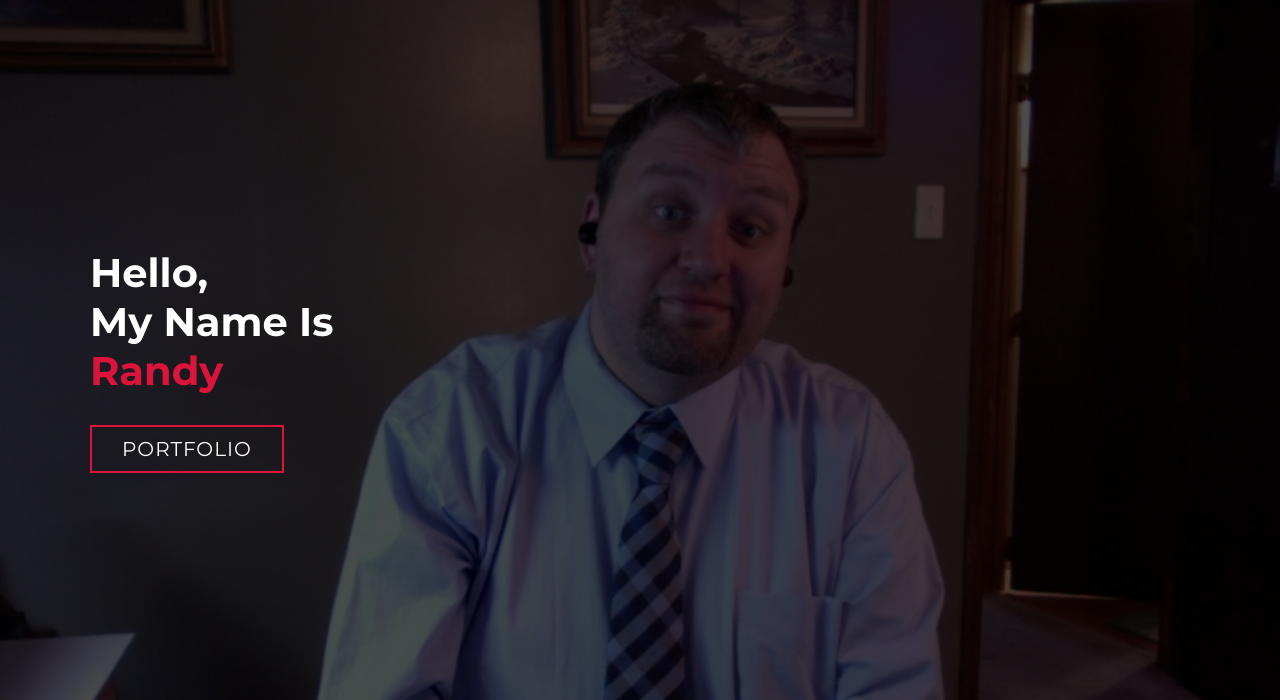
Repository: randysteele/my-portfolio-2023
Page: index.html
The author's editor kept a copy of each file at every save. The page is drawn from the files as they stood at one save, then again after the next save.
The browser window is 1280 px wide. The pictures show the part of the page from y = 0 to 700 px (the page is 11582 px tall before and 14015 px after).
A picture or video elsewhere on the page could not be fetched, so the positions and the page height are approximate.

Above is the page before, as saved 2023-04-23 19:38:59.

After the next save:
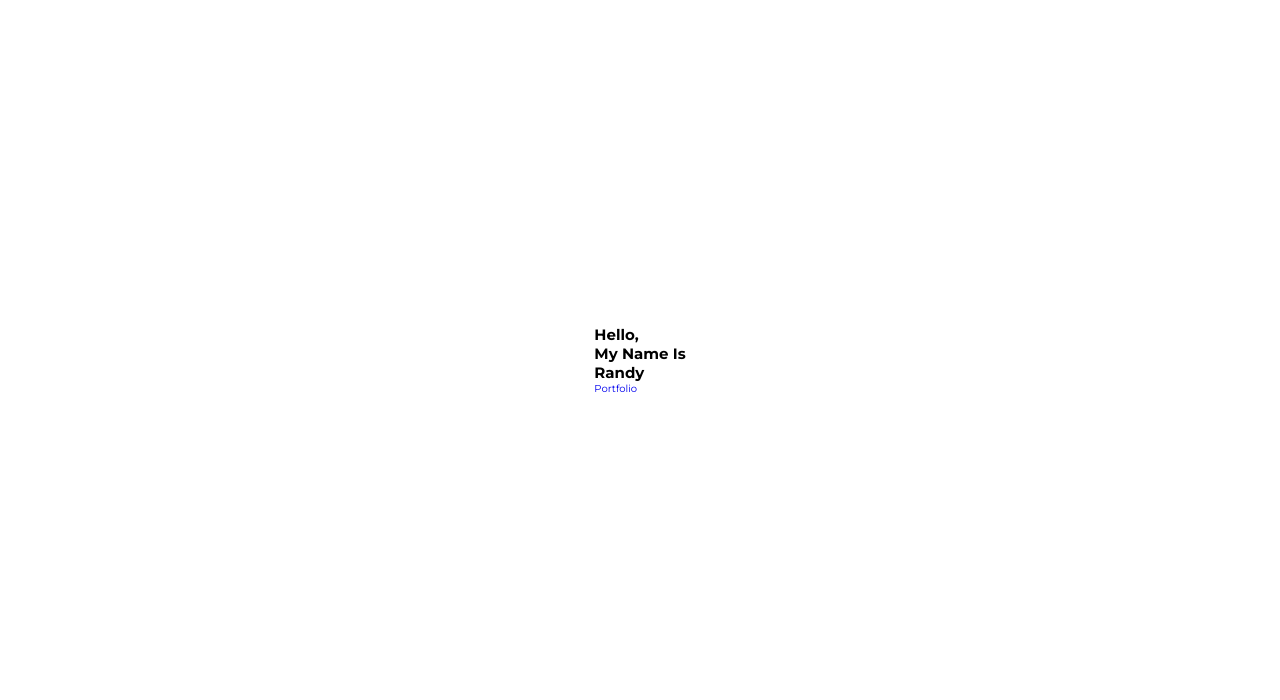
Saved 26 s later.
--- a/style.css
+++ b/style.css
@@ -51,7 +51,10 @@
 .brand h1{
     font-size: 3rem;
     text-transform: uppercase;
-    color: white;
+    color:
+
+    .brand span{
+        color: crimson;
 }
 
 

After the save that followed:
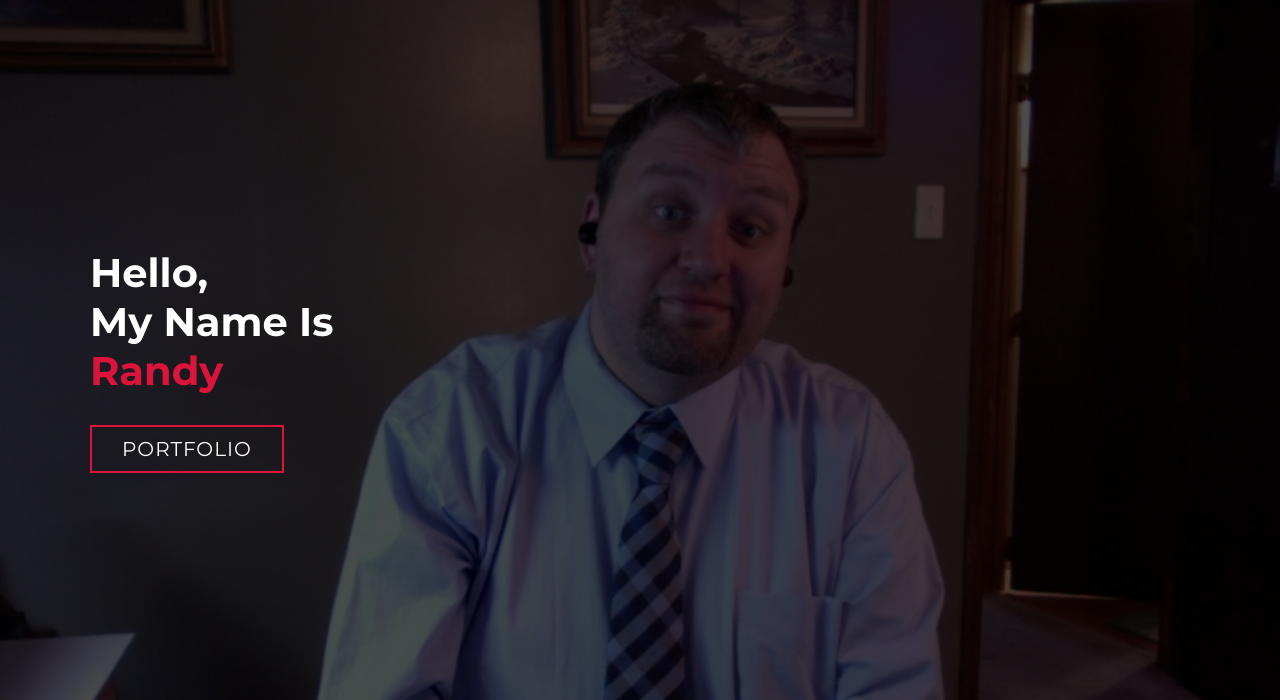
Saved 27 s later.
--- a/style.css
+++ b/style.css
@@ -51,9 +51,10 @@
 .brand h1{
     font-size: 3rem;
     text-transform: uppercase;
-    color:
-
-    .brand span{
+    color: white;
+}
+
+.brand span{
         color: crimson;
 }
 
